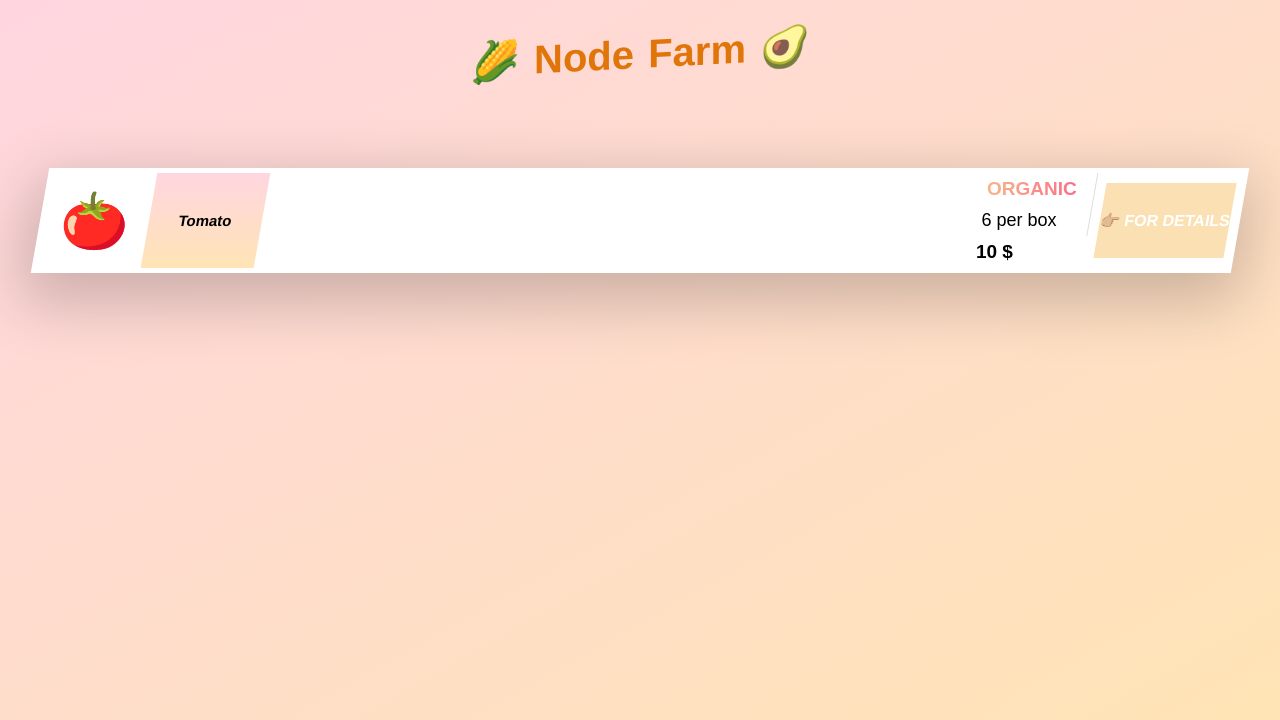
Repository: Kubraaygun/NodeFarm_Backend
Page: templates/overview.html
An editor plug-in stored every save of this project. The page is shown before and after the next save, followed by the edit.
The browser window is 1280 px wide. The pictures show the whole page.

Above is the page before, as saved 2025-09-02 21:21:07.

After the next save:
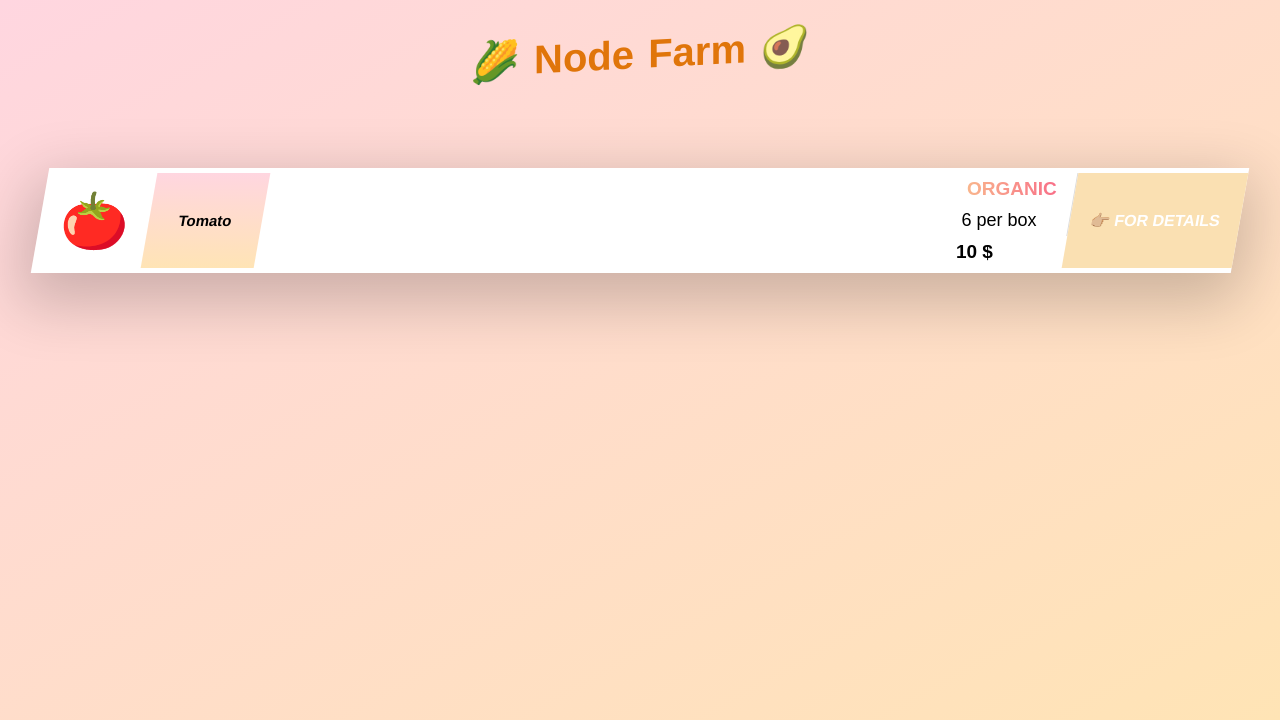
Saved 5 s later.
--- a/templates/overview.html
+++ b/templates/overview.html
@@ -107,7 +107,7 @@
         display: flex;
         align-items: center;
         justify-content: center;
-        margin: 1rem;
+        padding: 2rem;
       }
     </style>
   </head>
